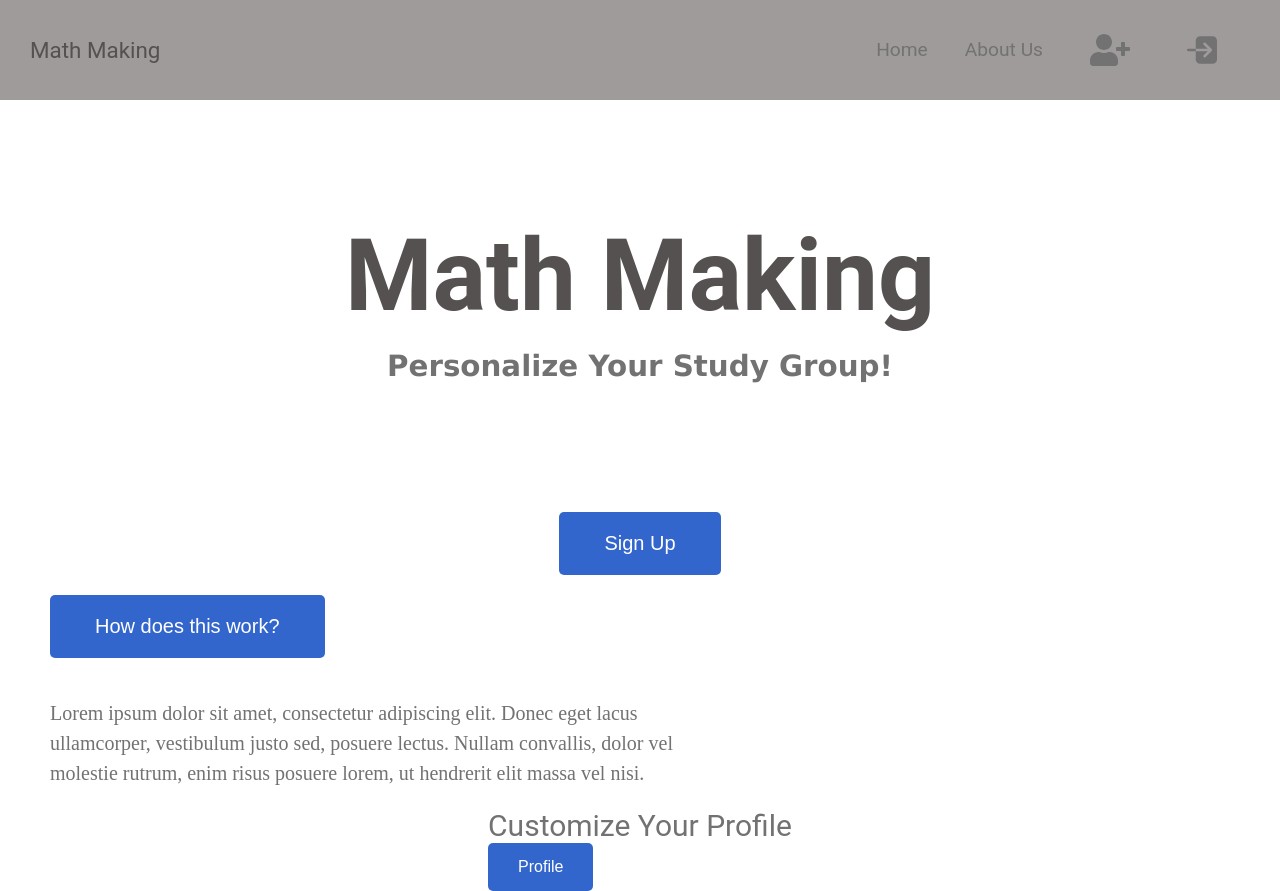
Repository: BuddyBob/mathmaking
Page: /#/, after clicking the first element matching `button.expand-button`
An editor plug-in stored every save of this project. The page is shown before and after the next save, followed by the edit.
The browser window is 1280 px wide. The pictures show the whole page.
The project was rebuilt for these pictures with package versions that can differ from the ones it lists, and the page was loaded fresh each time. Also part of the build but not shown: src/components/register/Login.js, src/components/register/Signup.js.

Above is the page before, as saved 2023-06-10 13:55:42.

After the next save:
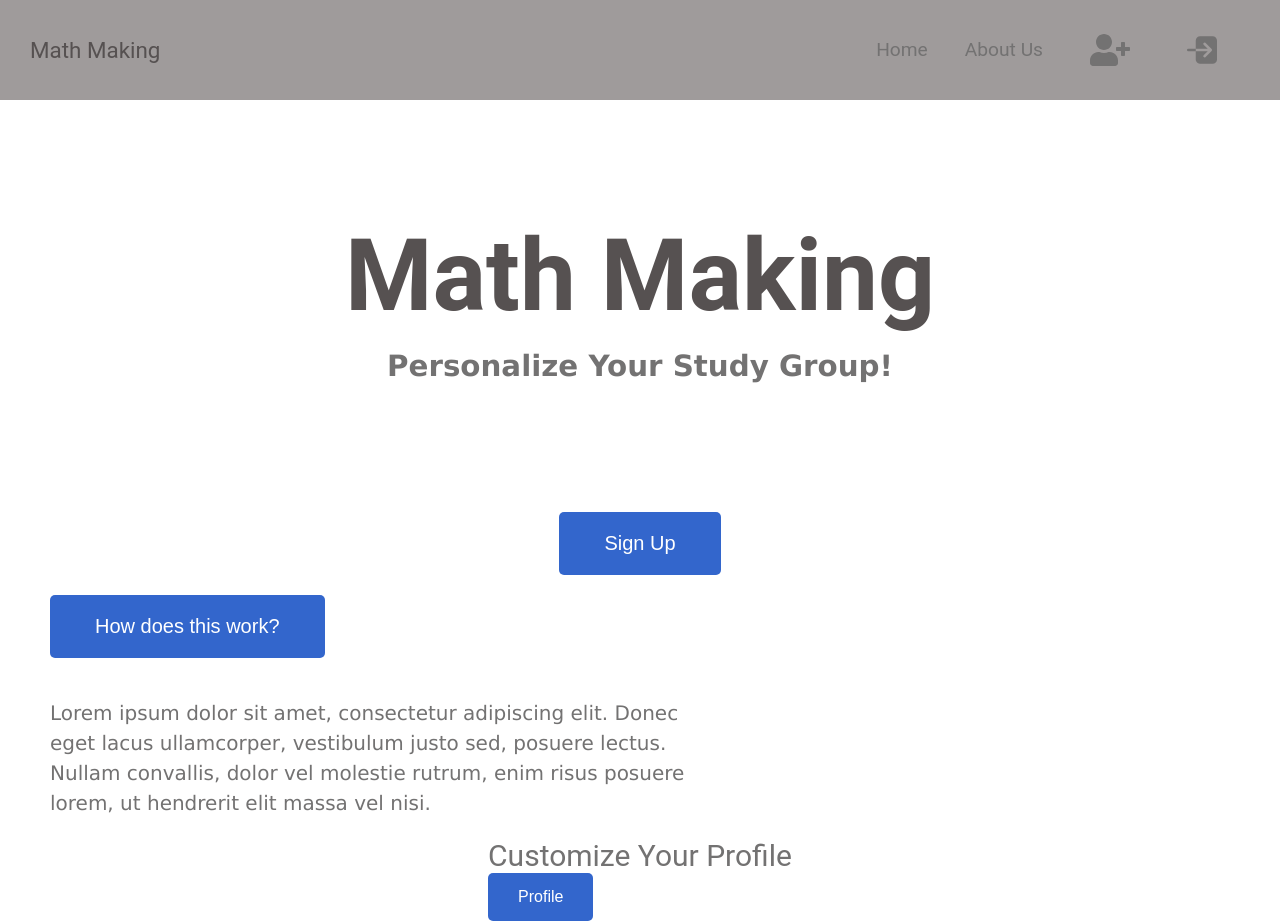
Saved 17 s later.
--- a/src/index.css
+++ b/src/index.css
@@ -175,6 +175,7 @@
 }
 
 .expanded-content p {
+  font-family: 'Verdana', sans-serif;
   font-size: 20px;
   color: var(--text-color);
   line-height: 1.5;
